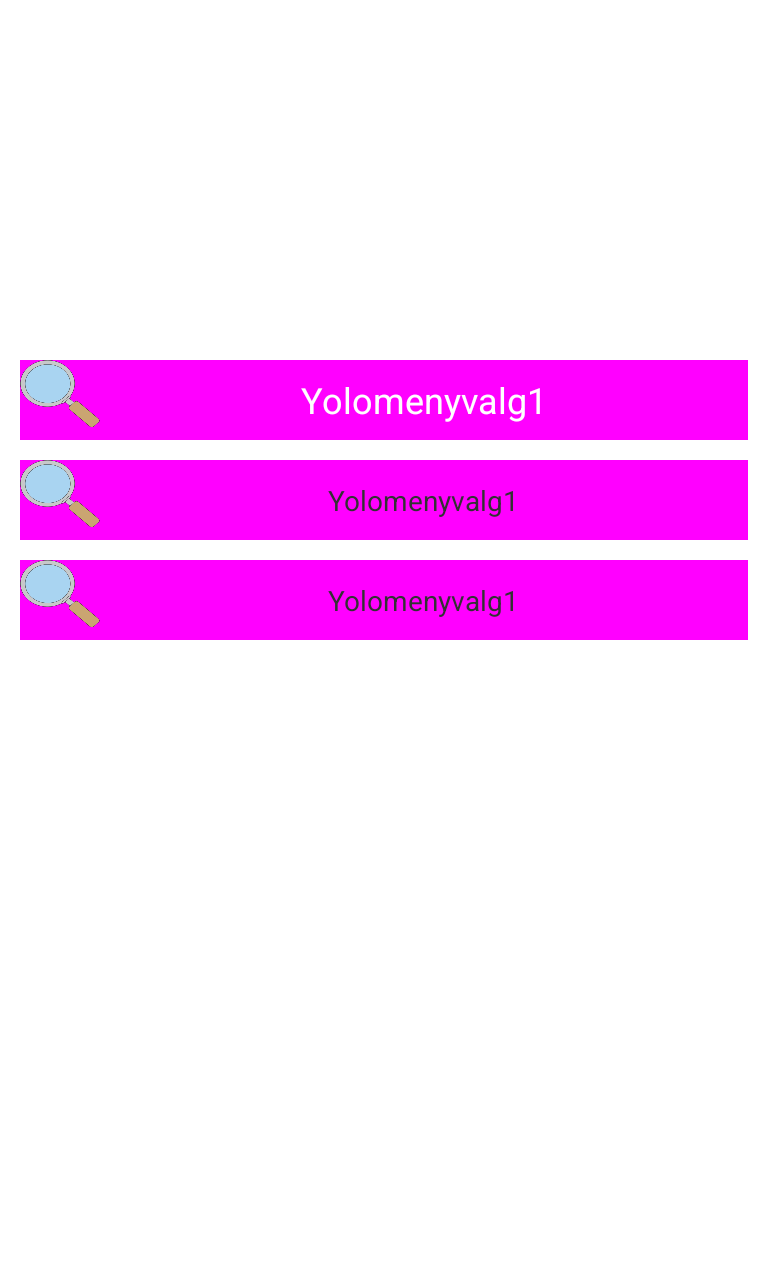
Repository: pumalove/workspace
Layout: MainActivity/res/layout/gridview.xml
An editor plug-in stored every save of this project. The layout is shown before and after the next save, followed by the edit.
It is drawn on a 768 x 1280 px phone screen (xhdpi) without system bars, with theme AppTheme; the app's code is not run. Lists and similar views that code fills are empty.

Above is the layout before, as saved 2014-03-17 13:03:45.

After the next save:
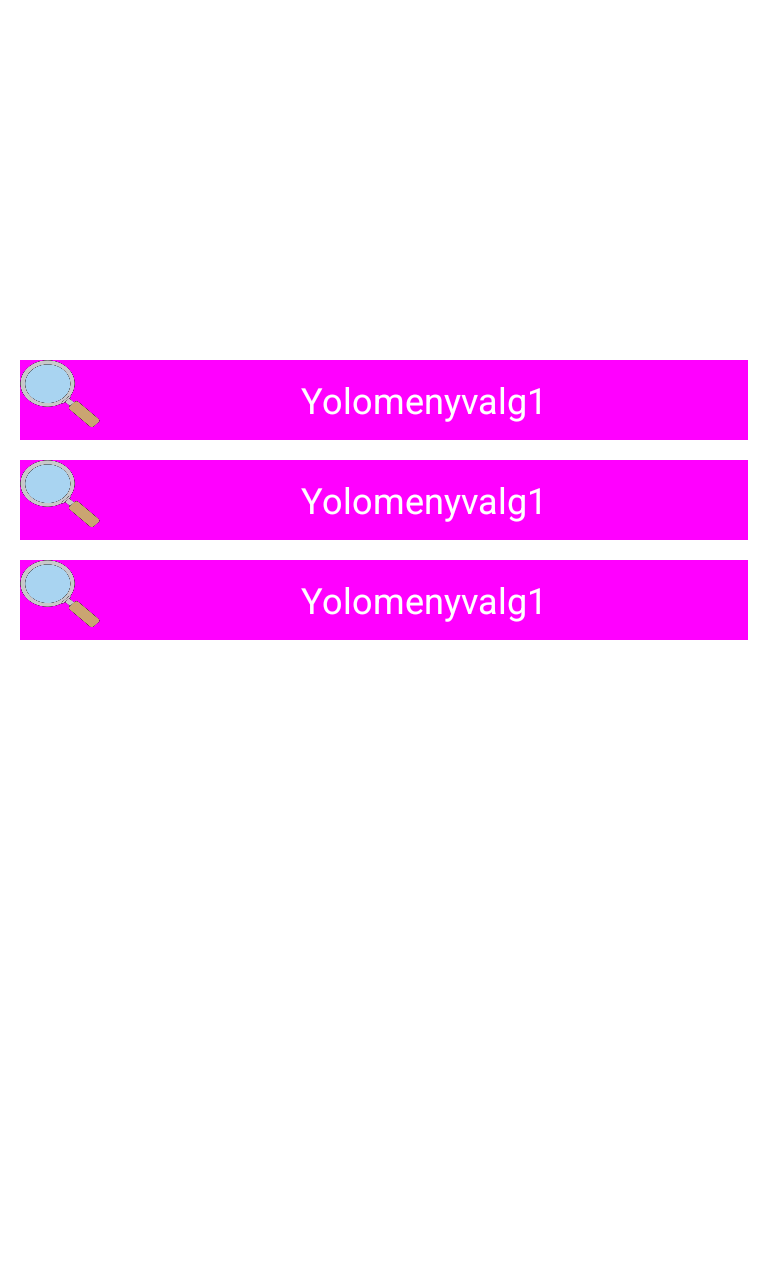
Saved 53 min 5 s later.
--- a/MainActivity/res/layout/gridview.xml
+++ b/MainActivity/res/layout/gridview.xml
@@ -94,7 +94,9 @@
                 	android:layout_width="wrap_content"
                 	android:layout_height="wrap_content"
                 	android:layout_gravity="center"
-                	android:text="Yolomenyvalg1"/>
+                	android:text="Yolomenyvalg1"
+                	android:textColor="#FFFFFF"
+                	android:textSize="18dp"/>
 			</LinearLayout>
 
         </LinearLayout>
@@ -127,7 +129,9 @@
                 	android:layout_width="wrap_content"
                 	android:layout_height="wrap_content"
                 	android:layout_gravity="center"
-                	android:text="Yolomenyvalg1"/>
+                	android:text="Yolomenyvalg1"
+                	android:textColor="#FFFFFF"
+                	android:textSize="18dp"/>
 			</LinearLayout>
 
         </LinearLayout>
